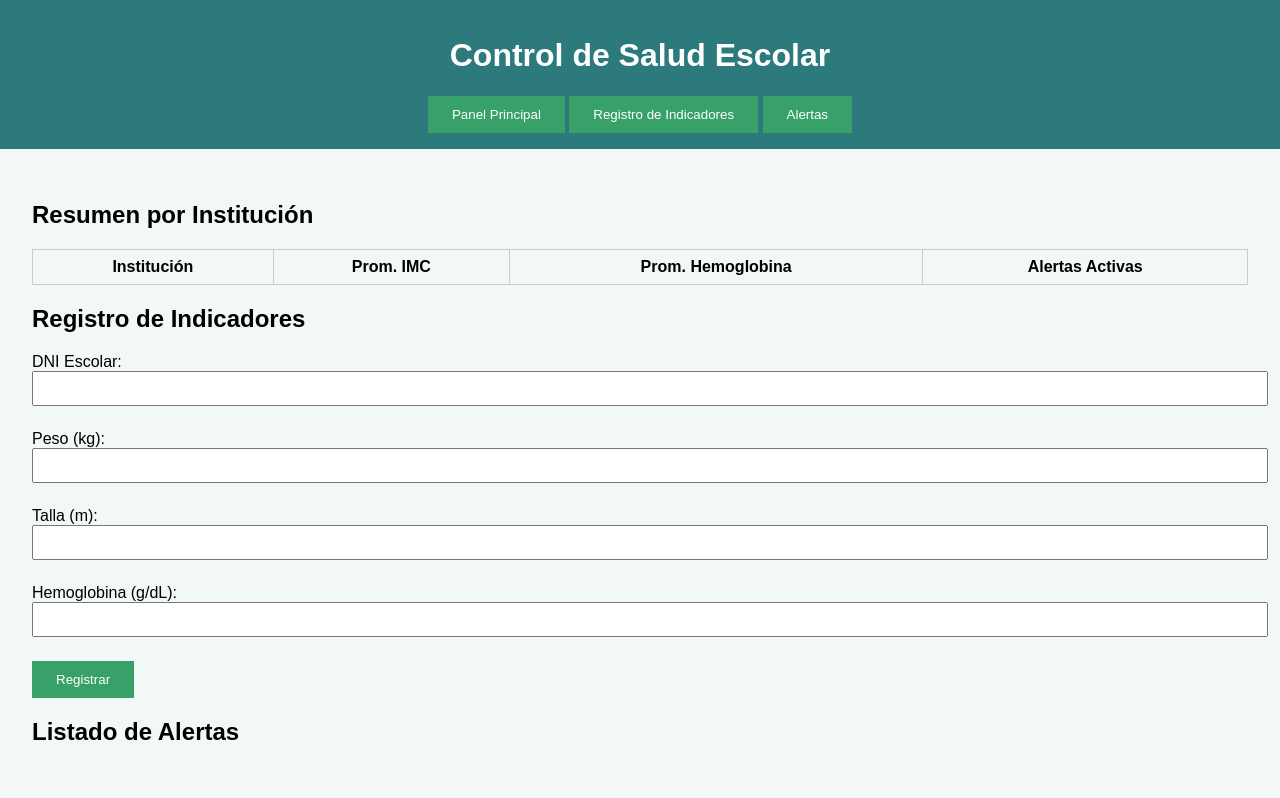
Repository: Eduardoaguic/control-salud-escolar
Page: index.html
An editor plug-in stored every save of this project. The page is shown before and after the next save, followed by the edit.
The browser window is 1280 px wide. The pictures show the whole page.

Above is the page before, as saved 2025-05-19 22:50:02.

After the next save:
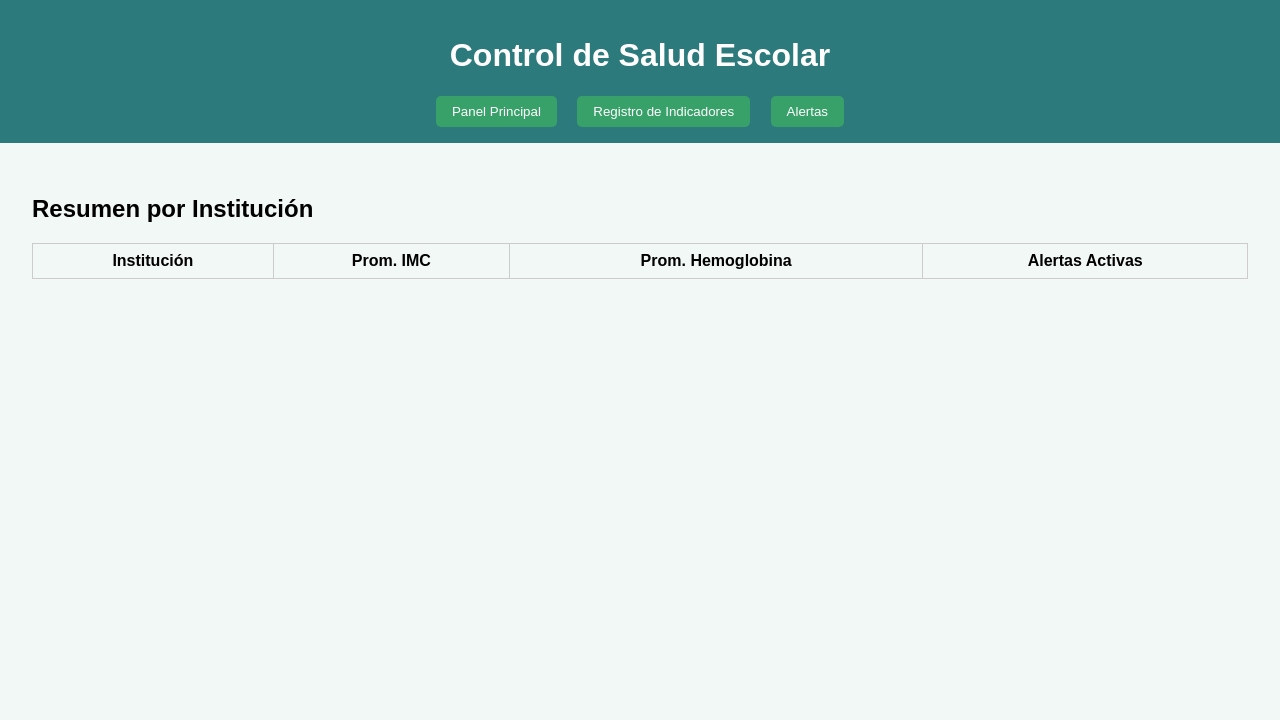
Saved 32 s later.
--- a/styles.css
+++ b/styles.css
@@ -10,6 +10,24 @@ body {
     color: white;
     padding: 1rem;
     text-align: center;
+  }
+
+  nav {
+    margin-top: 1rem;
+  }
+
+  nav button {
+    margin: 0 0.5rem;
+    padding: 0.5rem 1rem;
+    border: none;
+    background-color: #38a169;
+    color: white;
+    cursor: pointer;
+    border-radius: 5px;
+  }
+
+  nav button:hover {
+    background-color: #2f855a;
   }
 
   main {
@@ -27,16 +45,12 @@ body {
     margin-bottom: 1rem;
   }
 
-  button {
-    padding: 0.7rem 1.5rem;
-    background-color: #38a169;
-    color: white;
-    border: none;
-    cursor: pointer;
+  button[type="submit"] {
+    background-color: #3182ce;
   }
 
-  button:hover {
-    background-color: #2f855a;
+  button[type="submit"]:hover {
+    background-color: #2b6cb0;
   }
 
   table {
@@ -53,3 +67,11 @@ body {
     padding: 0.5rem;
     text-align: center;
   }
+
+  .seccion {
+    display: none;
+  }
+
+  .visible {
+    display: block;
+  }
